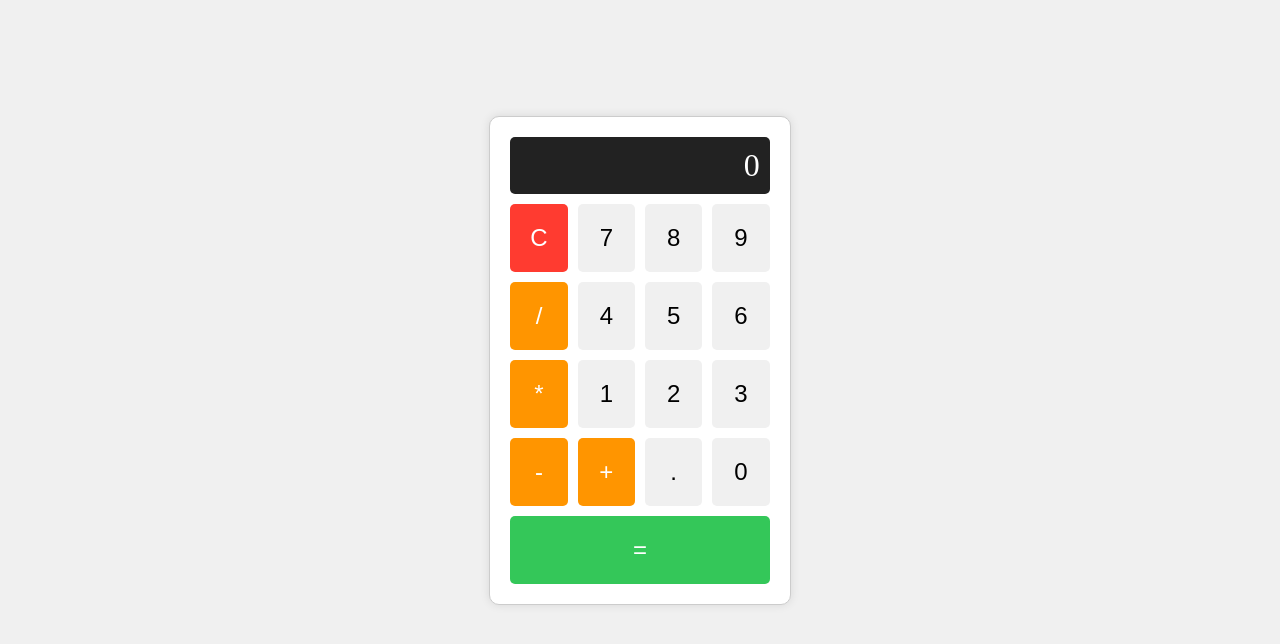
Repository: alizey12/calculator
Page: index.html
The author's editor kept a copy of each file at every save. The page is drawn from the files as they stood at one save, then again after the next save.
The browser window is 1280 px wide. The pictures show the whole page.

Above is the page before, as saved 2024-11-23 18:37:14.

After the next save:
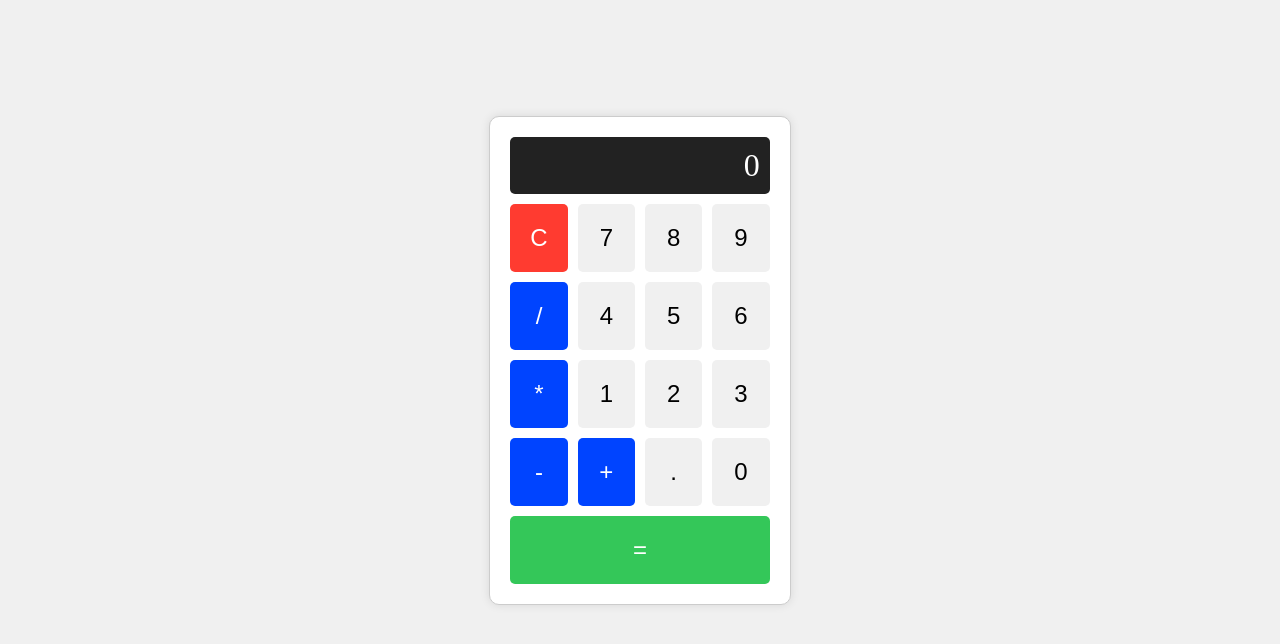
Saved 20 s later.
--- a/styles.css
+++ b/styles.css
@@ -45,7 +45,7 @@ body {
 }
 
 .btn.operator {
-    background-color: #ff9500;
+    background-color: #0044ff;
     color: #fff;
 }
 
